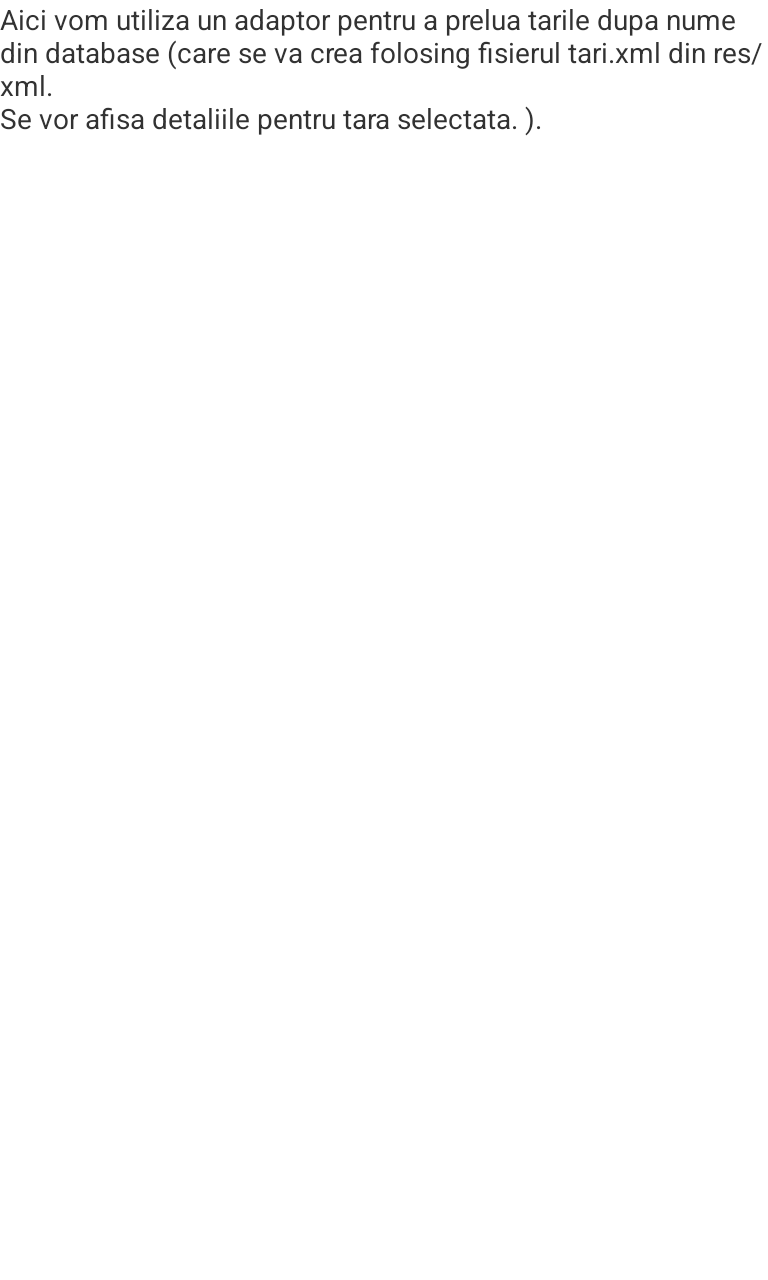
Repository: bogdanelu83/Workspace2
Layout: ip2tara/res/layout/activity_tara.xml
These files come from the project's save history. The layout is drawn as it stood at one moment and after the next save; the edit follows.
It is drawn on a 768 x 1280 px phone screen (xhdpi) without system bars, with theme AppTheme; the app's code is not run.

Above is the layout before, as saved 2014-12-08 00:33:52.

### ip2tara/res/layout/activity_tara.xml
<LinearLayout xmlns:android="http://schemas.android.com/apk/res/android"
xmlns:tools="http://schemas.android.com/tools"
android:layout_width="match_parent"
android:layout_height="match_parent"
tools:context=".TaraActivity" >

    <TextView
        android:id="@+id/tari_text"
        android:layout_width="wrap_content"
        android:layout_height="wrap_content"
        android:text="@string/tari_text" />

</LinearLayout>

### ip2tara/res/values/strings.xml
<?xml version="1.0" encoding="utf-8"?>
<resources>

    <string name="app_name">IP 2 TARA</string>
    <string name="welcome">Bine ati venit!</string>
    <string name="intro">Aceasta este o aplicatie creata pentru a localiza rapid un IP si a oferi informatii despre tara din care face parte</string>
    <string name="buton_intra">       Intra       </string>
    <string name="image_desc">image ip</string>
    <string name="action_settings">Settings</string>
    <string name="action_despre">Despre</string>
    <string name="action_setari">Setari</string>
    <string name="action_istoric">Istoric</string>
    <string name="action_tari">Despre Tari</string>
    <string name="title_activity_setari">Setari</string>
    <string name="hello_world">Hello world!</string>
    <string name="title_activity_despre">Despre</string>
    <string name="title_activity_cauta">Cautare</string>
    <string name="title_activity_istoric">Istoric cautari</string>
    <string name="title_activity_tara">Informatii Tara</string>
    <string name="autori">Autori</string>
    <string name="autori_nume">Delia Andrei - Gr. 1048 \nGoaga Bogdan - Gr. 1048</string>
    <string name="contact">Contact</string>
    <string name="contact_text">Pentru comentarii si sugestii, puteti sa ne contactati folosing butonul de mai jos:</string>
    <string name="compune_email">Trimiteti-ne e-mail</string>
    <string name="ip_text">Introduceti adresa IP in casuta de mai jos si apasati, apoi, butonul Afla Tara:</string>
    <string name="buton_tara">       Afla Tara       </string>
    <string name="title_activity_db">DB</string>
    <string name="title_activity_acces_bd">AccesBD</string>

    <string name="tari">Selectati o tara pentru a vizualiza detaliile:</string>
    <string name="spinner_tari">Tara</string>


    <string name="ip_gresit_txt">Adresa IP invalida!</string>

     <string name="istoric_text">Aici vom afisa ultimele 10 cautari ip-tara.</string>
      <string name="setari_text">Aici utilizatorul va putea selecta limba si alte optiuni.</string>
      <string name="tari_text">Aici vom utiliza un adaptor pentru a prelua tarile dupa nume din database (care se va crea folosing fisierul tari.xml din res/xml. \nSe vor afisa detaliile pentru tara selectata. ).</string>
</resources>

Loaded but not shown: ip2tara/res/values/styles.xml (common file); ip2tara/res/values-v11/styles.xml (common file); ip2tara/res/values-v14/styles.xml (common file)

After the next save:
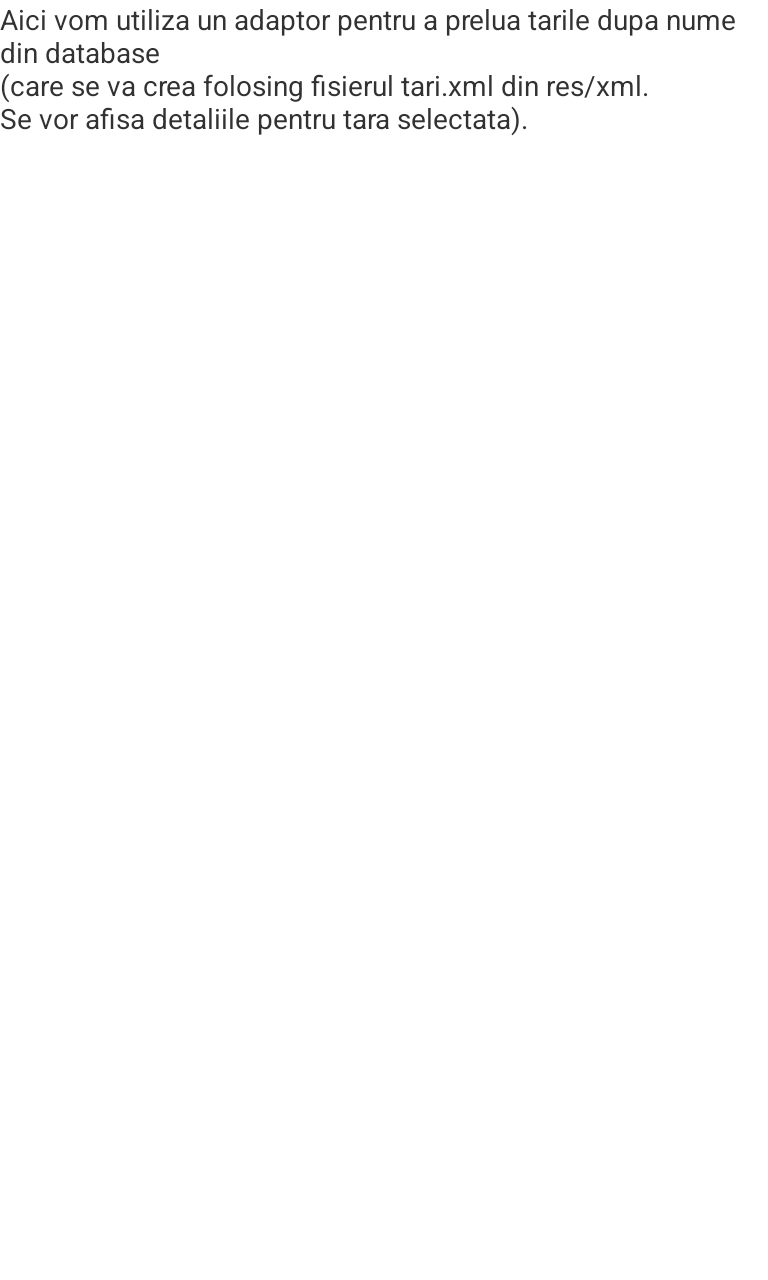
Saved 2 min 43 s later.
--- a/ip2tara/res/values/strings.xml
+++ b/ip2tara/res/values/strings.xml
@@ -10,7 +10,7 @@
     <string name="action_despre">Despre</string>
     <string name="action_setari">Setari</string>
     <string name="action_istoric">Istoric</string>
-    <string name="action_tari">Despre Tari</string>
+    <string name="action_tari">Informatii Tari</string>
     <string name="title_activity_setari">Setari</string>
     <string name="hello_world">Hello world!</string>
     <string name="title_activity_despre">Despre</string>
@@ -35,5 +35,5 @@
 
      <string name="istoric_text">Aici vom afisa ultimele 10 cautari ip-tara.</string>
       <string name="setari_text">Aici utilizatorul va putea selecta limba si alte optiuni.</string>
-      <string name="tari_text">Aici vom utiliza un adaptor pentru a prelua tarile dupa nume din database (care se va crea folosing fisierul tari.xml din res/xml. \nSe vor afisa detaliile pentru tara selectata. ).</string>
+      <string name="tari_text">Aici vom utiliza un adaptor pentru a prelua tarile dupa nume din database \n(care se va crea folosing fisierul tari.xml din res/xml. \nSe vor afisa detaliile pentru tara selectata).</string>
 </resources>
